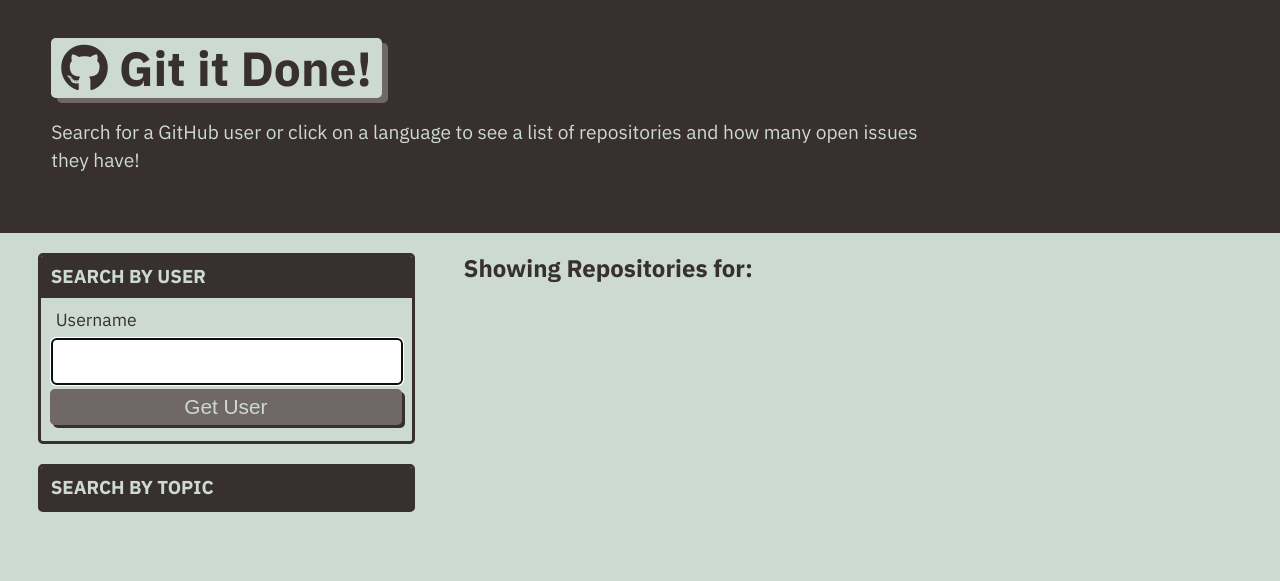
Repository: Brookethorson/git-it-done
Page: index.html
These files come from the project's save history. The page is drawn as it stood at one moment and after the next save; the edit follows.
The browser window is 1280 px wide. The pictures show the whole page.
Some web libraries are served in a nearby version.

Above is the page before, as saved 2021-09-04 17:39:32.

### index.html
<!DOCTYPE html>
<html lang="en">

<head>
  <meta charset="UTF-8">
  <meta name="viewport" content="width=device-width, initial-scale=1.0">
  <meta http-equiv="X-UA-Compatible" content="ie=edge">
  <link href="https://fonts.googleapis.com/css?family=IBM+Plex+Sans:400,400i,700&display=swap" rel="stylesheet">
  <link rel="stylesheet" href="https://cdnjs.cloudflare.com/ajax/libs/font-awesome/5.11.2/css/all.min.css">
  <link rel="stylesheet" href="./assets/css/style.css" />
  <title>Git it Done</title>
</head>

<body class="flex-column min-100-vh">
  <header class="hero">
    <h1 class="app-title"><i class="fab fa-github"></i> Git it Done!</h1>
    <p>Search for a GitHub user or click on a language to see a list of repositories and how many open issues they have!
    </p>
  </header>


  <main class="flex-row justify-space-between">
    <div class="col-12 col-md-4">

      <div class="card">
        <h3 class="card-header text-uppercase">Search By User</h3>
        <form id="user-form" class="card-body">
          <label class="form-label" for="username">Username</label>
          <input name="username" id="username" type="text" autofocus="true" class="form-input" />
          <button type="submit" class="btn">Get User</button>
        </form>
      </div>

      <div class="card">
        <h3 class="card-header text-uppercase">Search By Topic</h3>
      </div>
    </div>



    <div class="col-12 col-md-8">
      <h2 class="subtitle">Showing Repositories for: <span id="repo-search-term"></span></h2>
      <div id="repos-container" class="list-group">


      </div>
    </div>
  </main>

  <script src="./assets/js/homepage.js"></script>
</body>

</html>

### assets/css/style.css
:root {
  --primary: #ccdad1;
  --secondary: #9caea9;
  --tertiary: #788585;
  --light-dark: #6f6866;
  --dark: #38302e;
  --border-radius: .3rem;
}

* {
  box-sizing: border-box;
}

body {
  background-color: var(--primary);
  margin: 0;
  padding: 0;
  font-family: "IBM Plex Sans", sans-serif;
  color: var(--dark);
  line-height: 1.5;
  font-size: 16px;
}

h1,
h2,
h3,
h4,
h5,
h6 {
  font-weight: 700;
  margin: 0;
  color: var(--dark);
  line-height: 1.25;
}

main {
  margin: 20px auto;
  width: 94%;
}

p {
  font-size: 1.2rem;
}

 .btn {
  font-size: 1.3rem;
  text-decoration:none;
  padding: 6px 5px;
  width: 100%;
  display: block;
  margin: 5px 0;
  border-radius: var(--border-radius);
  color: var(--primary);
  border: none;
  outline: none;
  background-color: var(--light-dark);
  box-shadow: 3px 3px var(--dark);
  transform: translate(-1px, -1px);
}

 .btn:hover {
  color: var(--primary);
  background-color: var(--tertiary);
  transform: translate(0, 0);
  box-shadow: 2px 2px var(--dark);
}

.btn-inline {
  display: inline;
}

.btn-back {
  border-radius: var(--border-radius);
  color: var(--primary);
  border: none;
  outline: none;
  background-color: var(--light-dark);
  box-shadow: 3px 3px var(--secondary);
  transform: translate(-1px, -1px);
  display: inline-block;
  width: auto;
  margin-top: 20px;
  padding: 15px;
  text-decoration: none;
  font-size: 1.2rem;
}

 .btn-back:hover {
  color: var(--primary);
  background-color: var(--tertiary);
  transform: translate(0, 0);
  box-shadow: 2px 2px var(--dark);
}

.hero {
  padding: 3% 4%;
  background-color: var(--dark);
  color: var(--primary);
}

.hero p {
  max-width: 75%;
}

.app-title {
  font-size: 3rem;
  background-color: var(--primary);
  color: var(--dark);
  padding: 0 10px;
  display: inline-block;
  border-radius: var(--border-radius);
  box-shadow: 6px 5px var(--light-dark);
}

.list-group {
  padding: 0;
  list-style: none;
}

.list-item {
  margin-bottom: 10px;
  padding: 1.5%;
  border-radius: var(--border-radius);
  background-color: var(--light-dark);
  color: var(--primary);
  text-decoration: none;
}

.list-item:hover {
  background-color: var(--dark);
}

.status-icon {
  padding: 2px 5px;
  margin: 0 5px;
  background-color: rgba(255,255,255, 1);
  border-radius: var(--border-radius);
}

.icon-danger {
  color: rgb(255, 70, 70);
}

.icon-success {
  color: rgb(29, 153, 255);
}

/* CARDS */
.card {
  margin: 0 0 20px 0;
  border: 3px solid var(--dark);
  border-radius: var(--border-radius);
}

.card-header {
  color: var(--primary);
  background-color: var(--dark);
  padding: 2.5%;
  border-radius: calc(.18rem - 1px) calc(.18rem - 1px) 0 0;
}

.card-body {
  padding: 2.5%;
}

/* FORM */
.form-label,
.form-input,
.form-textarea {
  display: block;
}

.form-label {
  font-size: 1.1rem;
  margin: 0 0 0 5px;
}

.form-input {
  width: 100%;
  padding: 3%;
  margin: 5px 0;
  font-size: 1.2rem;
  border: 2px solid var(--light-dark);
  border-radius: var(--border-radius);
}

/* HEIGHT / WIDTH UTILS */
.min-100-vh {
  min-height: 100vh;
}

.min-100-vw {
  min-width: 100vw;
}

/* FONT UTILS */
.text-uppercase {
  text-transform: uppercase;
}


/* FLEX CONTENT */
.flex-row {
  display: flex;
  flex-wrap: wrap;
}

.flex-column {
  display: flex;
  flex-direction: column;
  flex-wrap: wrap;
}

.justify-space-between {
  justify-content: space-between;
}

.justify-space-around {
  justify-content: space-around;
}

.justify-flex-start {
  justify-content: flex-start
}

.justify-flex-end {
  justify-content: flex-end;
}

.justify-center {
  justify-content: center;
}

.align-stretch {
  align-items: stretch;
}

.align-end {
  align-items: flex-end;
}

.align-center {
  align-items: center;
}

.col-auto {
  flex-grow: 1;
}

.col-1 {
  flex: 0 0 calc(100% * 1 / 12 - 2%);
}

.col-2 {
  flex: 0 0 calc(100% * 2 / 12 - 2%);
}

.col-3 {
  flex: 0 0 calc(100% * 3 / 12 - 2%);
}

.col-4 {
  flex: 0 0 calc(100% * 4 / 12 - 2%);
}

.col-5 {
  flex: 0 0 calc(100% * 5 / 12 - 2%);
}

.col-6 {
  flex: 0 0 calc(100% * 6 / 12 - 2%);
}

.col-7 {
  flex: 0 0 calc(100% * 7 / 12 - 2%);
}

.col-8 {
  flex: 0 0 calc(100% * 8 / 12 - 2%);
}

.col-9 {
  flex: 0 0 calc(100% * 9 / 12 - 2%);
}

.col-10 {
  flex: 0 0 calc(100% * 10 / 12 - 2%);
}

.col-11 {
  flex: 0 0 calc(100% * 11 / 12 - 2%);
}

.col-12 {
  flex: 0 0 100%;
}

/* col-sm */
@media screen and (min-width: 640px) {
  .col-sm-1 {
    flex: 0 0 calc(100% * 1 / 12 - 2%);
  }

  .col-sm-2 {
    flex: 0 0 calc(100% * 2 / 12 - 2%);
  }

  .col-sm-3 {
    flex: 0 0 calc(100% * 3 / 12 - 2%);
  }

  .col-sm-4 {
    flex: 0 0 calc(100% * 4 / 12 - 2%);
  }

  .col-sm-5 {
    flex: 0 0 calc(100% * 5 / 12 - 2%);
  }

  .col-sm-6 {
    flex: 0 0 calc(100% * 6 / 12 - 2%);
  }

  .col-sm-7 {
    flex: 0 0 calc(100% * 7 / 12 - 2%);
  }

  .col-sm-8 {
    flex: 0 0 calc(100% * 8 / 12 - 2%);
  }

  .col-sm-9 {
    flex: 0 0 calc(100% * 9 / 12 - 2%);
  }

  .col-sm-10 {
    flex: 0 0 calc(100% * 10 / 12 - 2%);
  }

  .col-sm-11 {
    flex: 0 0 calc(100% * 11 / 12 - 2%);
  }

  .col-sm-12 {
    flex: 0 0 100%;
  }
}


/* col-md */
@media screen and (min-width: 768px) {
  .col-md-1 {
    flex: 0 0 calc(100% * 1 / 12 - 2%);
  }

  .col-md-2 {
    flex: 0 0 calc(100% * 2 / 12 - 2%);
  }

  .col-md-3 {
    flex: 0 0 calc(100% * 3 / 12 - 2%);
  }

  .col-md-4 {
    flex: 0 0 calc(100% * 4 / 12 - 2%);
  }

  .col-md-5 {
    flex: 0 0 calc(100% * 5 / 12 - 2%);
  }

  .col-md-6 {
    flex: 0 0 calc(100% * 6 / 12 - 2%);
  }

  .col-md-7 {
    flex: 0 0 calc(100% * 7 / 12 - 2%);
  }

  .col-md-8 {
    flex: 0 0 calc(100% * 8 / 12 - 2%);
  }

  .col-md-9 {
    flex: 0 0 calc(100% * 9 / 12 - 2%);
  }

  .col-md-10 {
    flex: 0 0 calc(100% * 10 / 12 - 2%);
  }

  .col-md-11 {
    flex: 0 0 calc(100% * 11 / 12 - 2%);
  }

  .col-md-12 {
    flex: 0 0 100%;
  }
}

/* col-lg */
@media screen and (min-width: 992px) {
  .col-lg-1 {
    flex: 0 0 calc(100% * 1 / 12 - 2%);
  }

  .col-lg-2 {
    flex: 0 0 calc(100% * 2 / 12 - 2%);
  }

  .col-lg-3 {
    flex: 0 0 calc(100% * 3 / 12 - 2%);
  }

  .col-lg-4 {
    flex: 0 0 calc(100% * 4 / 12 - 2%);
  }

  .col-lg-5 {
    flex: 0 0 calc(100% * 5 / 12 - 2%);
  }

  .col-lg-6 {
    flex: 0 0 calc(100% * 6 / 12 - 2%);
  }

  .col-lg-7 {
    flex: 0 0 calc(100% * 7 / 12 - 2%);
  }

  .col-lg-8 {
    flex: 0 0 calc(100% * 8 / 12 - 2%);
  }

  .col-lg-9 {
    flex: 0 0 calc(100% * 9 / 12 - 2%);
  }

  .col-lg-10 {
    flex: 0 0 calc(100% * 10 / 12 - 2%);
  }

  .col-lg-11 {
    flex: 0 0 calc(100% * 11 / 12 - 2%);
  }

  .col-lg-12 {
    flex: 0 0 100%;
  }
}

/* col-xl */
@media screen and (min-width: 1200px) {
  .col-xl-1 {
    flex: 0 0 calc(100% * 1 / 12 - 2%);
  }

  .col-xl-2 {
    flex: 0 0 calc(100% * 2 / 12 - 2%);
  }

  .col-xl-3 {
    flex: 0 0 calc(100% * 3 / 12 - 2%);
  }

  .col-xl-4 {
    flex: 0 0 calc(100% * 4 / 12 - 2%);
  }

  .col-xl-5 {
    flex: 0 0 calc(100% * 5 / 12 - 2%);
  }

  .col-xl-6 {
    flex: 0 0 calc(100% * 6 / 12 - 2%);
  }

  .col-xl-7 {
    flex: 0 0 calc(100% * 7 / 12 - 2%);
  }

  .col-xl-8 {
    flex: 0 0 calc(100% * 8 / 12 - 2%);
  }

  .col-xl-9 {
    flex: 0 0 calc(100% * 9 / 12 - 2%);
  }

  .col-xl-10 {
    flex: 0 0 calc(100% * 10 / 12 - 2%);
  }

  .col-xl-11 {
    flex: 0 0 calc(100% * 11 / 12 - 2%);
  }

  .col-xl-12 {
    flex: 0 0 100%;
  }
}

### assets/js/homepage.js
var userFormEl = document.querySelector("#user-form");
var nameInputEl = document.querySelector("#username");
var repoContainerEl = document.querySelector("#repos-container");
var repoSearchTerm = document.querySelector("#repo-search-term");
var getFeaturedRepos = function(language) {
  var apiUrl = "https://api.github.com/search/repositories?q=" + language + "+is:featured&sort=help-wanted-issues";

  fetch(apiUrl).then(function(response){
    if(response.okay) {
      response.json().then(function(data) {
        displayRepos(data.items, language);
      });
    } else {
      alert('Error: Github user not found');
    }
    });
};

var formSubmitHandler = function(event) {
  // prevent page from refreshing
  event.preventDefault();

  // get value from input element
  var username = nameInputEl.value.trim();

  if (username) {
    getUserRepos(username);

    // clear old content
    repoContainerEl.textContent = "";
    nameInputEl.value = "";
  } else {
    alert("Please enter a GitHub username");
  }
};

var getUserRepos = function(user) {
  // format the github api url
  var apiUrl = "https://api.github.com/users/" + user + "/repos";

  // make a get request to url
  fetch(apiUrl)
    .then(function(response) {
      // request was successful
      if (response.ok) {
        console.log(response);
        response.json().then(function(data) {
          console.log(data);
          displayRepos(data, user);
        });
      } else {
        alert("Error: " + response.statusText);
      }
    })
    .catch(function(error) {
      alert("Unable to connect to GitHub");
    });
};

var displayRepos = function(repos, searchTerm) {
  // check if api returned any repos
  if (repos.length === 0) {
    repoContainerEl.textContent = "No repositories found.";
    return;
  }

  repoSearchTerm.textContent = searchTerm;

  // loop over repos
  for (var i = 0; i < repos.length; i++) {
    // format repo name
    var repoName = repos[i].owner.login + "/" + repos[i].name;

    // create a link for each repo
    var repoEl = document.createElement("a");
    repoEl.classList = "list-item flex-row justify-space-between align-center";
    repoEl.setAttribute("href", "./single-repo.html?repo=" + repoName);

    // create a span element to hold repository name
    var titleEl = document.createElement("span");
    titleEl.textContent = repoName;

    // append to container
    repoEl.appendChild(titleEl);

    // create a status element
    var statusEl = document.createElement("span");
    statusEl.classList = "flex-row align-center";

    // check if current repo has issues or not
    if (repos[i].open_issues_count > 0) {
      statusEl.innerHTML =
        "<i class='fas fa-times status-icon icon-danger'></i>" + repos[i].open_issues_count + " issue(s)";
    } else {
      statusEl.innerHTML = "<i class='fas fa-check-square status-icon icon-success'></i>";
    }

    // append to container
    repoEl.appendChild(statusEl);

    // append container to the dom
    repoContainerEl.appendChild(repoEl);
  }
};

// add event listeners to forms
userFormEl.addEventListener("submit", formSubmitHandler);

After the next save:
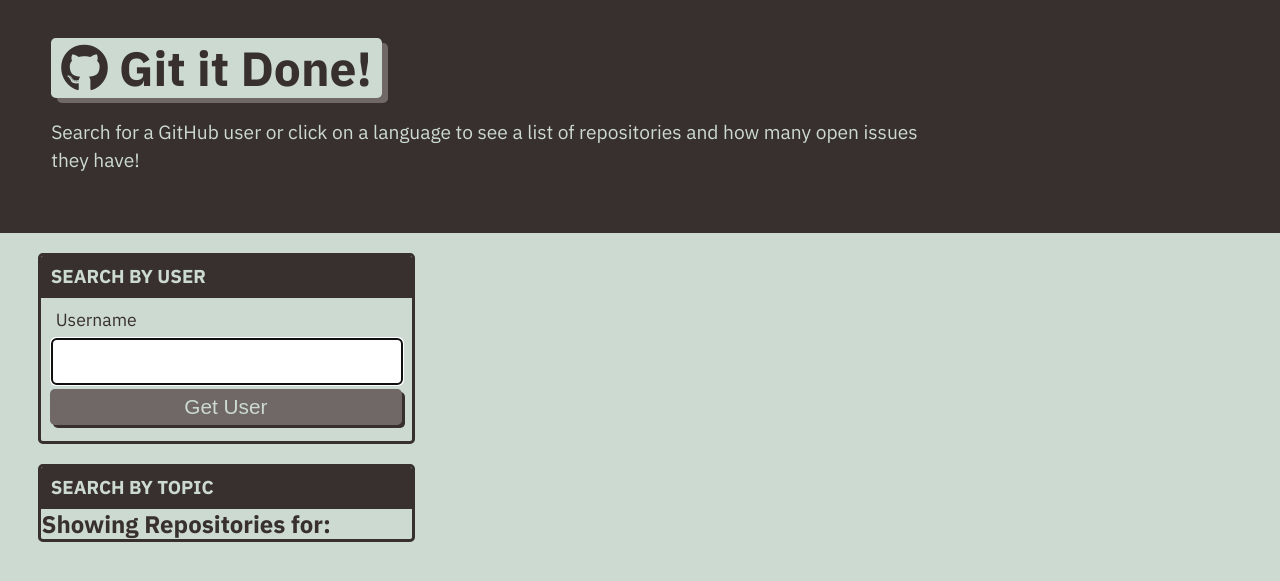
Saved 8 s later.
--- a/index.html
+++ b/index.html
@@ -33,6 +33,7 @@
 
       <div class="card">
         <h3 class="card-header text-uppercase">Search By Topic</h3>
+        <div
       </div>
     </div>
 
